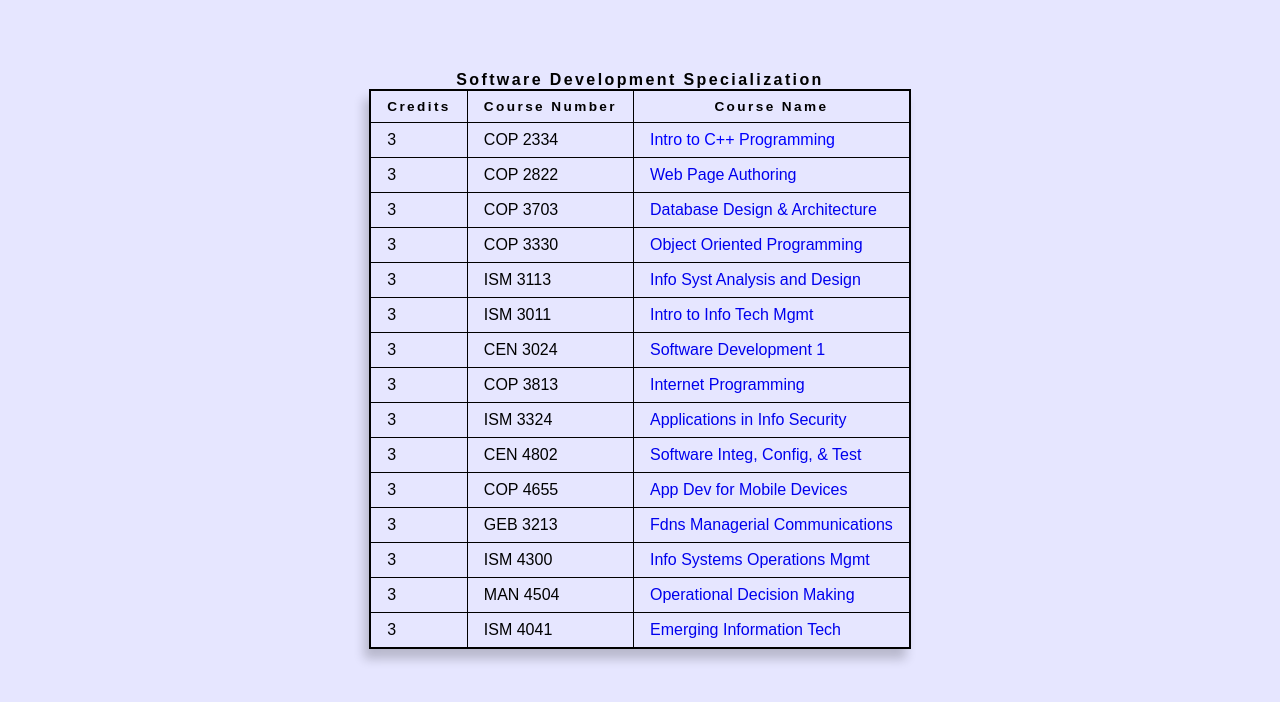
Repository: mlmEFSC21/P3-DegreeSpecializationTable
Page: index.html
The author's editor kept a copy of each file at every save. The page is drawn from the files as they stood at one save, then again after the next save.
The browser window is 1280 px wide. The pictures show the whole page.
The pointer rests on the first visible `a`.
Some web fonts or font styles are not loaded; a fallback is used.

Above is the page before, as saved 2022-02-01 21:25:43.

After the next save:
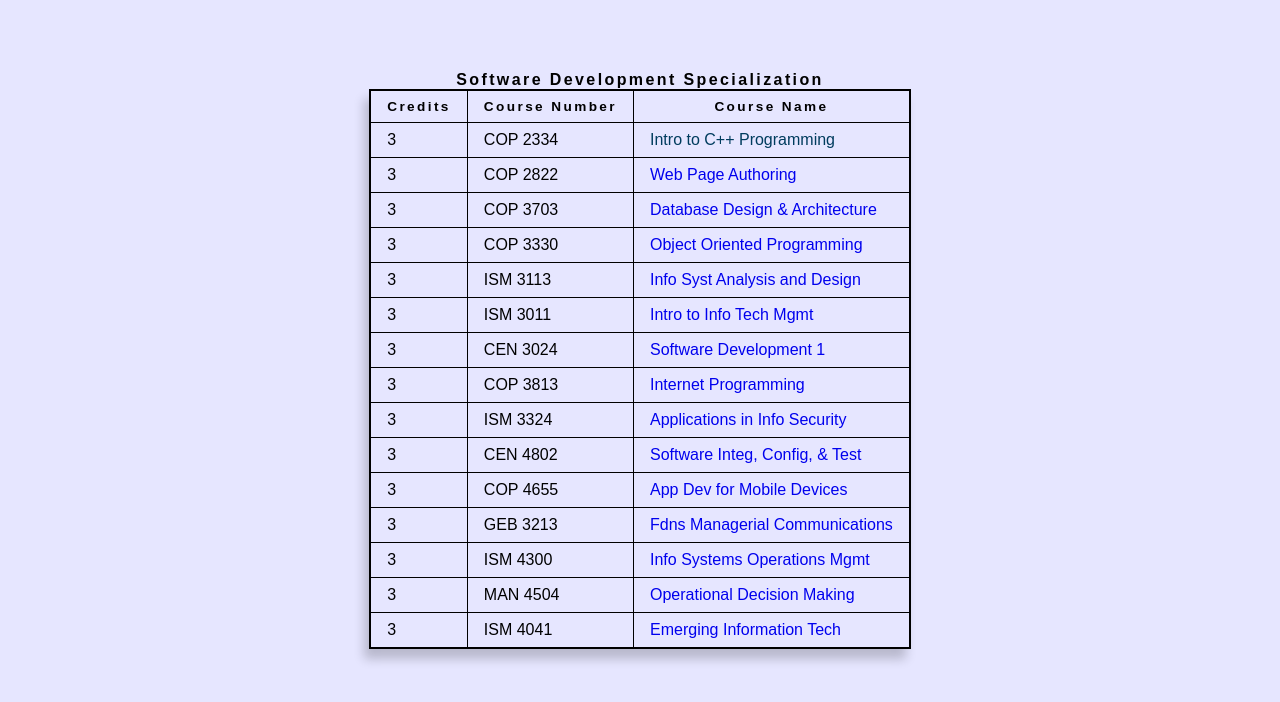
Saved 7 min 33 s later.
--- a/tableStyles.css
+++ b/tableStyles.css
@@ -52,5 +52,5 @@ a {
     text-decoration: none;
 }
 a:hover {
-    color: blue;
+    color: var(--clr-prime);
 }
